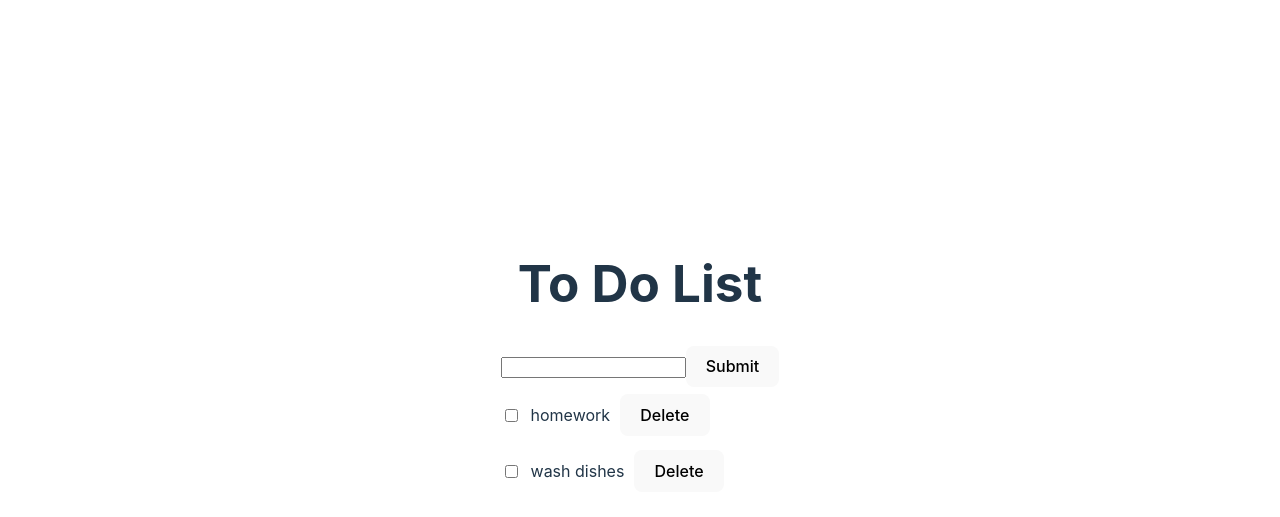
Repository: Jennica1/FRONT_END_WEEK06
Page: / (app in react/)
These files come from the project's save history. The page is drawn as it stood at one moment and after the next save; the edit follows.
The browser window is 1280 px wide. The pictures show the whole page.
The project was rebuilt for these pictures with package versions that can differ from the ones it lists, and the page was loaded fresh each time. Also part of the build but not shown: react/vite.config.js.

Above is the page before, as saved 2024-10-10 15:25:24.

### react/src/App.jsx
import { useState } from 'react';
import reactLogo from './assets/react.svg';
import viteLogo from '/vite.svg';
import TaskForm from './components/TaskForm';
import './App.css';


function App() {

  return (
    <>
     <TaskForm/>
    </>
  )
}

export default App

### react/src/components/TaskForm.jsx
import React, { useState } from 'react'
//renders an input box and a button for creating new tasks.
//Decide where the shared state should live. This is where you would also want to define the functions for updating the app state, including:

//a function for toggling the complete status of a task
//a function for adding a new task
//a function for deleting a task


const data = [
  {
    id: 1,
    taskName: 'homework'
  },
  {
    id: 2,
    taskName: 'wash dishes'
  },
];

function TaskForm() {

  const [tasks, setTasks] = useState(data);
  const [taskData, settaskData] = useState({taskName: ''});

  function handleAddTask(e) {
    e.preventDefault();
    if (taskData.taskName) {
      const newTask = { ...taskData, id: tasks.length + 1 };
      setTasks([...tasks, newTask]);
      settaskData({ taskName: '' });
    }
  }

  function handleDeleteTask(id) {
    setTasks(tasks.filter(task => task.id !== id));
  }

  const newListUI = tasks.map((task) => (
    <div key={task.id} style={{ display: 'flex', alignItems: 'center', gap: '10px' }}>
      <input
        type="checkbox"
        checked={task.completed}
        onChange={() => toggleTaskCompletion(task.id)}
      />
      <p style={{ textDecoration: task.completed ? 'line-through' : 'none' }}>
        {task.taskName}
      </p>
      <button onClick={() => handleDeleteTask(task.id)}>Delete</button>
    </div>
  ));



  return (
    <>
      <h1>To Do List</h1>
      <form onSubmit={handleAddTask}>
        <input
          type='text'
          value={taskData.taskName}
          onChange={(e) => settaskData({ ...taskData, taskName: e.target.value })}
          />
        <button type='submit'>Submit</button>
      </form>

      <div>
      {newListUI}
      </div>
    </>
  )
}

export default TaskForm

Loaded but not shown: react/index.html (common file); react/src/main.jsx (common file); react/src/index.css (common file); react/src/App.css (common file)

After the next save:
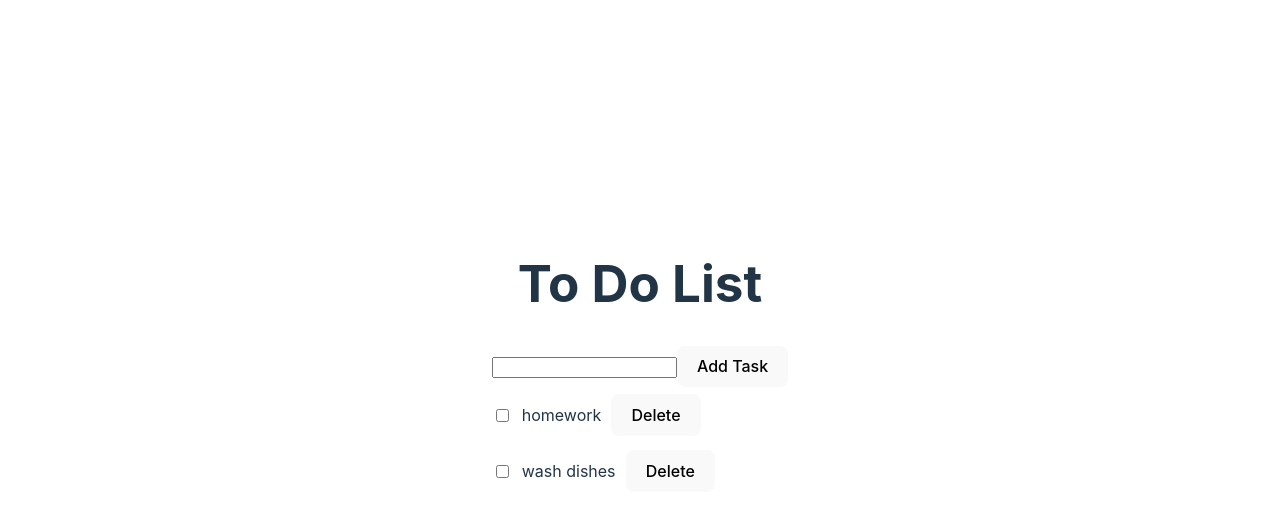
Saved 16 s later.
--- a/react/src/components/TaskForm.jsx
+++ b/react/src/components/TaskForm.jsx
@@ -55,14 +55,15 @@ function TaskForm() {
   return (
     <>
       <h1>To Do List</h1>
-      <form onSubmit={handleAddTask}>
+     <form onSubmit={handleAddTask}>
         <input
           type='text'
           value={taskData.taskName}
           onChange={(e) => settaskData({ ...taskData, taskName: e.target.value })}
-          />
-        <button type='submit'>Submit</button>
+        />
+        <button type="submit">Add Task</button>
       </form>
+
 
       <div>
       {newListUI}
